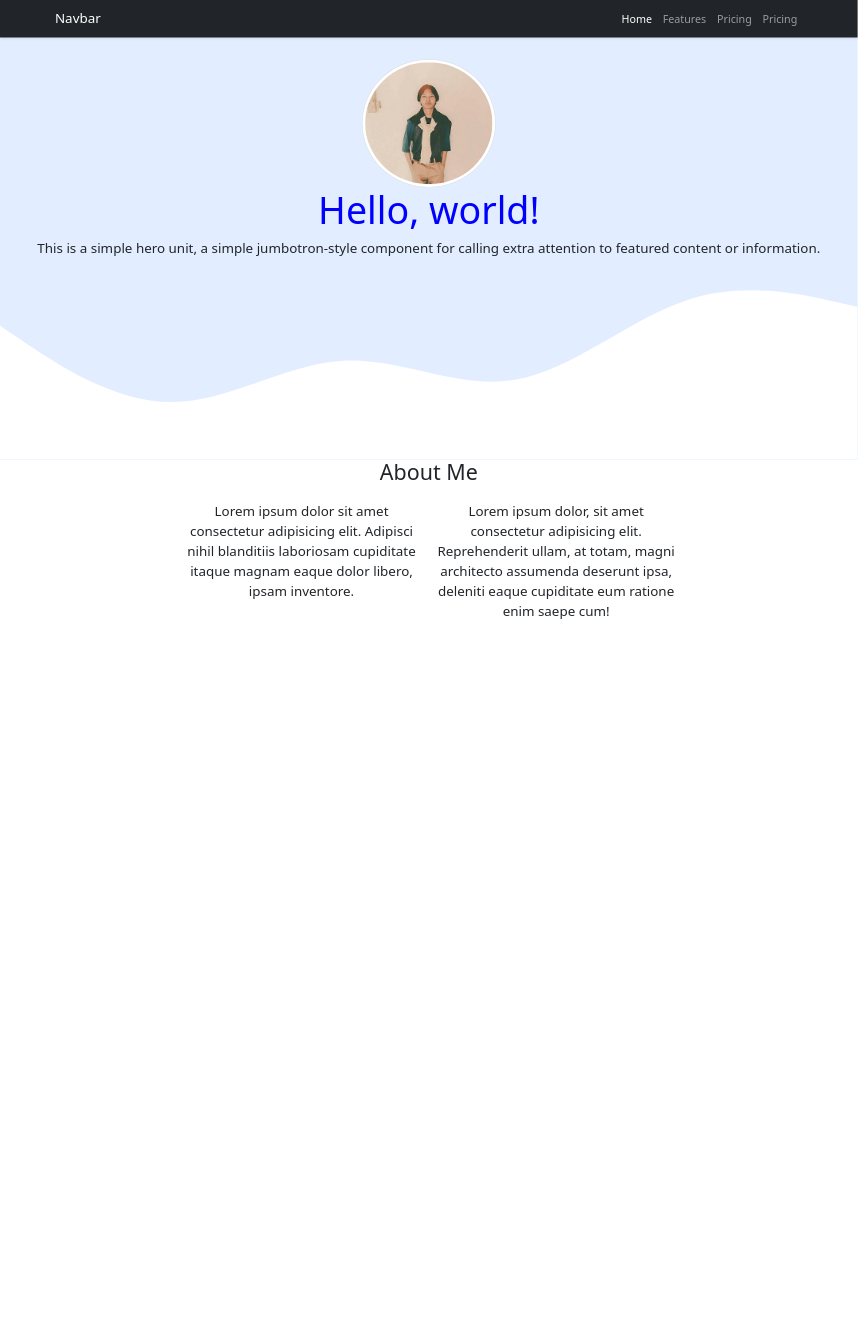
Repository: Novemberdad/gemilangtech.github.io
Page: index.html
These files come from the project's save history. The page is drawn as it stood at one moment and after the next save; the edit follows.
The browser window is 1280 px wide. The pictures show the whole page, at 67% of full size.

Above is the page before, as saved 2021-07-21 00:07:53.

### index.html
<!DOCTYPE html>
<html lang="en">

<head>
    <!-- Required meta tags -->
    <meta charset="utf-8" />
    <meta name="viewport" content="width=device-width, initial-scale=1" />

    <!-- Bootstrap CSS -->
    <link href="https://cdn.jsdelivr.net/npm/bootstrap@5.0.2/dist/css/bootstrap.min.css" rel="stylesheet" integrity="sha384-EVSTQN3/azprG1Anm3QDgpJLIm9Nao0Yz1ztcQTwFspd3yD65VohhpuuCOmLASjC" crossorigin="anonymous" />

    <!--My CSS-->
    <link rel="stylesheet" href="style.css" />
    <title>My Portofoliio</title>
    <style>
        h1 {
            text-align: center;
            color: blue;
        }
    </style>
</head>

<body>
    <!--NAVBAR-->
    <nav class="navbar navbar-expand-lg navbar-dark bg-dark shadow-sm">
        <div class="container">
            <a class="navbar-brand" href="#">Navbar</a>
            <button class="navbar-toggler" type="button" data-bs-toggle="collapse" data-bs-target="#navbarNav" aria-controls="navbarNav" aria-expanded="false" aria-label="Toggle navigation">
          <span class="navbar-toggler-icon"></span>
        </button>
            <div class="collapse navbar-collapse" id="navbarNav">
                <ul class="navbar-nav ms-auto">
                    <li class="nav-item">
                        <a class="nav-link active" aria-current="page" href="#">Home</a>
                    </li>
                    <li class="nav-item">
                        <a class="nav-link" href="#">Features</a>
                    </li>
                    <li class="nav-item">
                        <a class="nav-link" href="#">Pricing</a>
                    </li>
                    <li class="nav-item">
                        <a class="nav-link" href="#">Pricing</a>
                    </li>
                </ul>
            </div>
        </div>
    </nav>
    <!--AKHIR NAVBAR-->

    <!--jumbortron-->
    <section class="jumbotron text-center">
        <img src="image/logo.jpg" alt="logo" width="200" class="rounded-circle img-thumbnail" />
        <h1 class="display-4">Hello, world!</h1>
        <p class="lead">This is a simple hero unit, a simple jumbotron-style component for calling extra attention to featured content or information.</p>
        <svg xmlns="http://www.w3.org/2000/svg" viewBox="0 0 1440 320">
        <path
          fill="#ffffff"
          fill-opacity="1"
          d="M0,96L48,128C96,160,192,224,288,224C384,224,480,160,576,154.7C672,149,768,203,864,186.7C960,171,1056,85,1152,53.3C1248,21,1344,43,1392,53.3L1440,64L1440,320L1392,320C1344,320,1248,320,1152,320C1056,320,960,320,864,320C768,320,672,320,576,320C480,320,384,320,288,320C192,320,96,320,48,320L0,320Z"
        ></path>
      </svg>
    </section>
    <!--akhir jumbotron-->

    <!--about-->
    <section id="about">
        <div class="container">
            <div class="row text-center mb-3">
                <div class="col">
                    <h2>About Me</h2>
                </div>
            </div>
            <div class="row justify-content-center fs-5 text-center">
                <div class="col-4">
                    <p>Lorem ipsum dolor sit amet consectetur adipisicing elit. Adipisci nihil blanditiis laboriosam cupiditate itaque magnam eaque dolor libero, ipsam inventore.</p>
                </div>
                <div class="col-4">
                    <p>Lorem ipsum dolor, sit amet consectetur adipisicing elit. Reprehenderit ullam, at totam, magni architecto assumenda deserunt ipsa, deleniti eaque cupiditate eum ratione enim saepe cum!</p>
                </div>
            </div>
    </section>
    <!--akhir about-->
    <script src="https://cdn.jsdelivr.net/npm/bootstrap@5.0.2/dist/js/bootstrap.bundle.min.js" integrity="sha384-MrcW6ZMFYlzcLA8Nl+NtUVF0sA7MsXsP1UyJoMp4YLEuNSfAP+JcXn/tWtIaxVXM" crossorigin="anonymous"></script>

    <!-- Option 2: Separate Popper and Bootstrap JS -->
    <!--
    <script src="https://cdn.jsdelivr.net/npm/@popperjs/core@2.9.2/dist/umd/popper.min.js" integrity="sha384-IQsoLXl5PILFhosVNubq5LC7Qb9DXgDA9i+tQ8Zj3iwWAwPtgFTxbJ8NT4GN1R8p" crossorigin="anonymous"></script>
    <script src="https://cdn.jsdelivr.net/npm/bootstrap@5.0.2/dist/js/bootstrap.min.js" integrity="sha384-cVKIPhGWiC2Al4u+LWgxfKTRIcfu0JTxR+EQDz/bgldoEyl4H0zUF0QKbrJ0EcQF" crossorigin="anonymous"></script>
    -->
</body>

</html>

### style.css
body {
    min-height: 2000px;
}

.jumbotron {
    padding-top: 2rem;
    background-color: #e2edff;
}

After the next save:
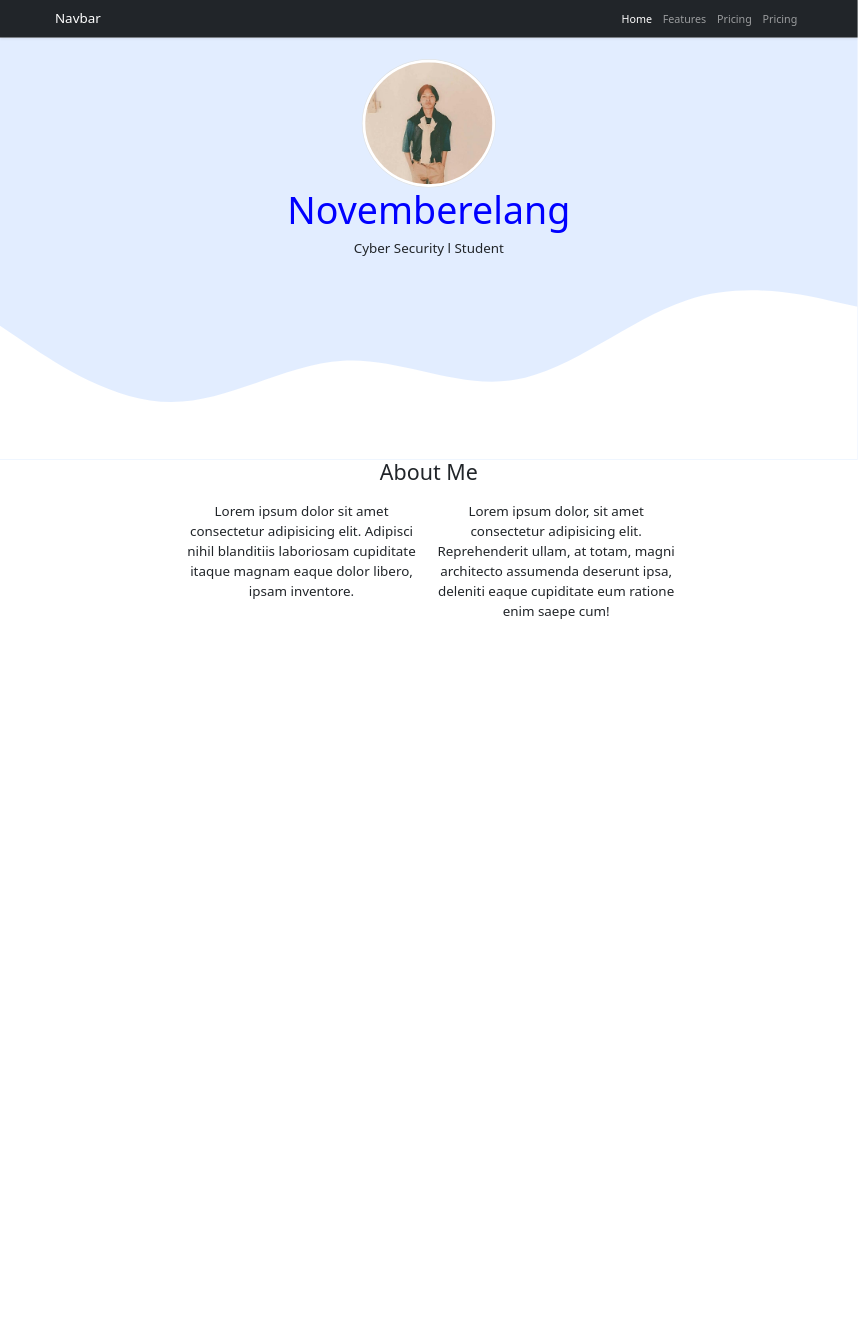
Saved 115 s later.
--- a/index.html
+++ b/index.html
@@ -51,8 +51,8 @@
     <!--jumbortron-->
     <section class="jumbotron text-center">
         <img src="image/logo.jpg" alt="logo" width="200" class="rounded-circle img-thumbnail" />
-        <h1 class="display-4">Hello, world!</h1>
-        <p class="lead">This is a simple hero unit, a simple jumbotron-style component for calling extra attention to featured content or information.</p>
+        <h1 class="display-4">Novemberelang</h1>
+        <p class="lead">Cyber Security l Student</p>
         <svg xmlns="http://www.w3.org/2000/svg" viewBox="0 0 1440 320">
         <path
           fill="#ffffff"
